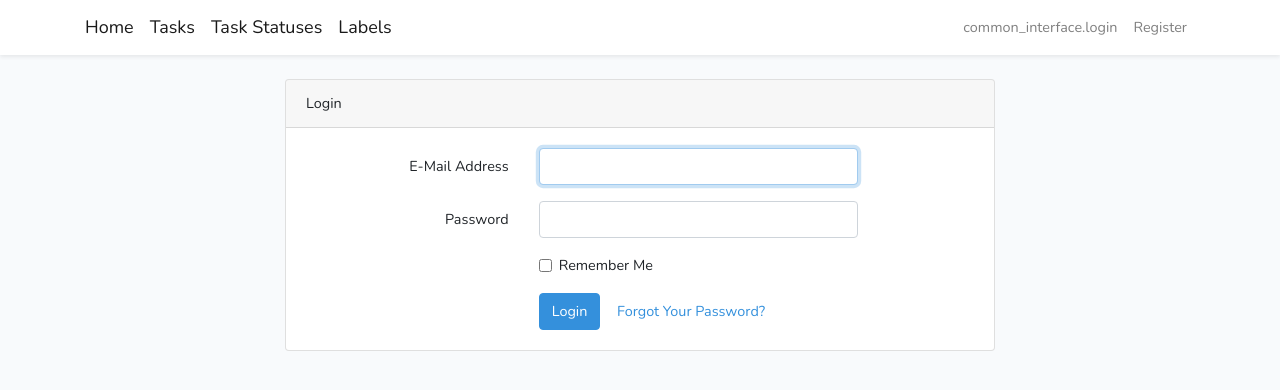
Repository: matveevsa/php-project-lvl4
Page: http://localhost/login
An editor plug-in stored every save of this project. The page is shown before and after the next save, followed by the edit.
The browser window is 1280 px wide. The pictures show the whole page.
The page is served by the project's Laravel application, run on PHP 8.4 with Laravel 8.

Above is the page before, as saved 2020-08-23 22:27:14.

After the next save:
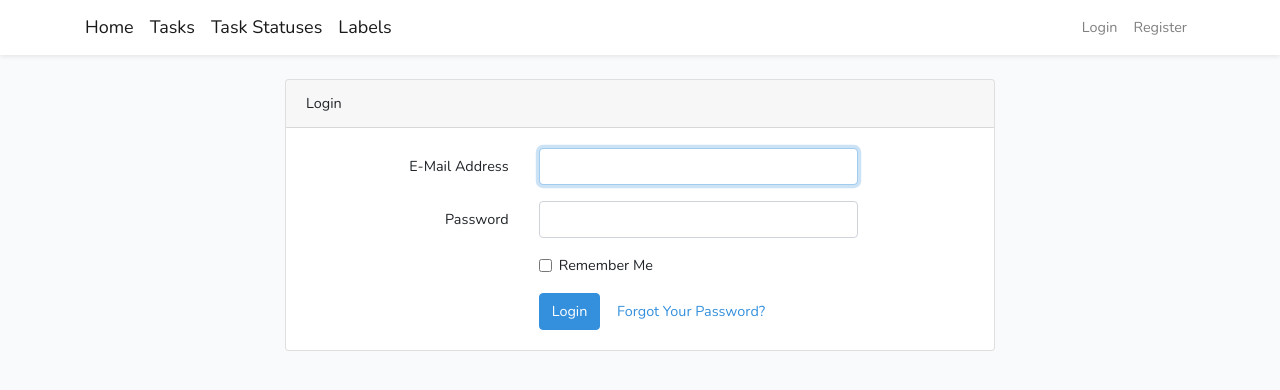
Saved 5 s later.
--- a/resources/views/layouts/app.blade.php
+++ b/resources/views/layouts/app.blade.php
@@ -46,7 +46,7 @@
                         <!-- Authentication Links -->
                         @guest
                             <li class="nav-item">
-                                <a class="nav-link" href="{{ route('login') }}">{{ __('common_interface.login') }}</a>
+                                <a class="nav-link" href="{{ route('login') }}">{{ __('Login') }}</a>
                             </li>
                             @if (Route::has('register'))
                                 <li class="nav-item">
